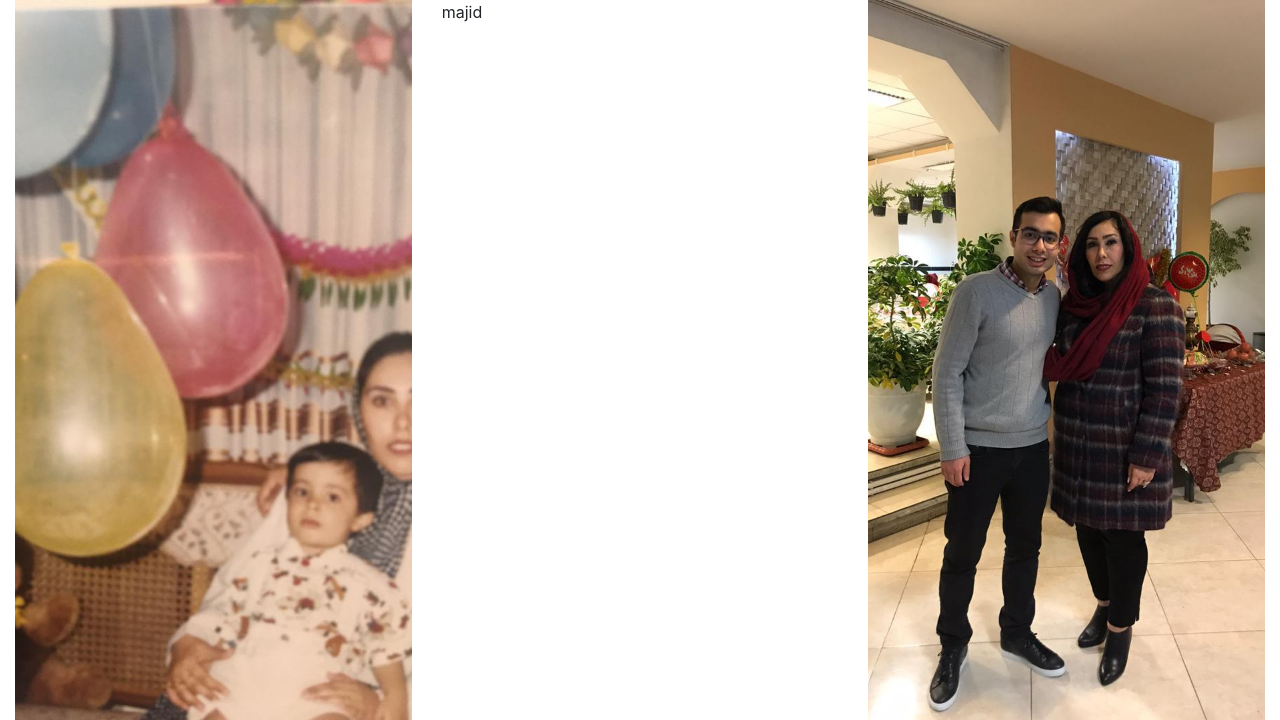
Repository: mirfarzam/mirfarzam.github.io
Page: khalelila/index.html
These files come from the project's save history. The page is drawn as it stood at one moment and after the next save; the edit follows.
The browser window is 1280 px wide. The pictures show the whole page.

Above is the page before, as saved 2020-04-30 21:14:46.

### khalelila/index.html
<html>
<head>
<title>تولد خاله لیلا</title>
<link href="https://stackpath.bootstrapcdn.com/bootstrap/4.4.1/css/bootstrap.min.css" rel="stylesheet" integrity="sha384-Vkoo8x4CGsO3+Hhxv8T/Q5PaXtkKtu6ug5TOeNV6gBiFeWPGFN9MuhOf23Q9Ifjh" crossorigin="anonymous">
<script
  src="https://code.jquery.com/jquery-3.5.0.min.js"
  integrity="sha256-xNzN2a4ltkB44Mc/Jz3pT4iU1cmeR0FkXs4pru/JxaQ="
  crossorigin="anonymous"></script>
<script src="https://stackpath.bootstrapcdn.com/bootstrap/4.4.1/js/bootstrap.min.js" integrity="sha384-wfSDF2E50Y2D1uUdj0O3uMBJnjuUD4Ih7YwaYd1iqfktj0Uod8GCExl3Og8ifwB6" crossorigin="anonymous"></script>
<script src="https://stackpath.bootstrapcdn.com/bootstrap/4.4.1/js/bootstrap.bundle.min.js" integrity="sha384-6khuMg9gaYr5AxOqhkVIODVIvm9ynTT5J4V1cfthmT+emCG6yVmEZsRHdxlotUnm" crossorigin="anonymous"></script>

<style>
body{
    margin:0px;
}
.maincontrainer{
    width:100vw;
    height:100vh;
    margin:0px;
}
.maincontrainer .row, .maincontrainer .row .col-sm-4{
    height: inherit;
    width: inherit;
}
.maincontrainer .row .col-sm-4 {
    position:relative;
    paddig:0px;
}
.maincontrainer .row .col-sm-4 img{
    width:100%;
    height:100%;
    position:relative;
    top:0;
    left:0;
    object-fit:cover;
}

</style>
</head>
<body>
<section class="container-fluid maincontrainer">
    <div class="row">
        <div class="col-sm-4"><img style=" object-position: -100px;" src="old.jpeg"></div>
        <div class="col-sm-4">majid</div>
        <div class="col-sm-4"><img src="new.jpeg"></div>
    </div>
</section>
</body>
</html>

After the next save:
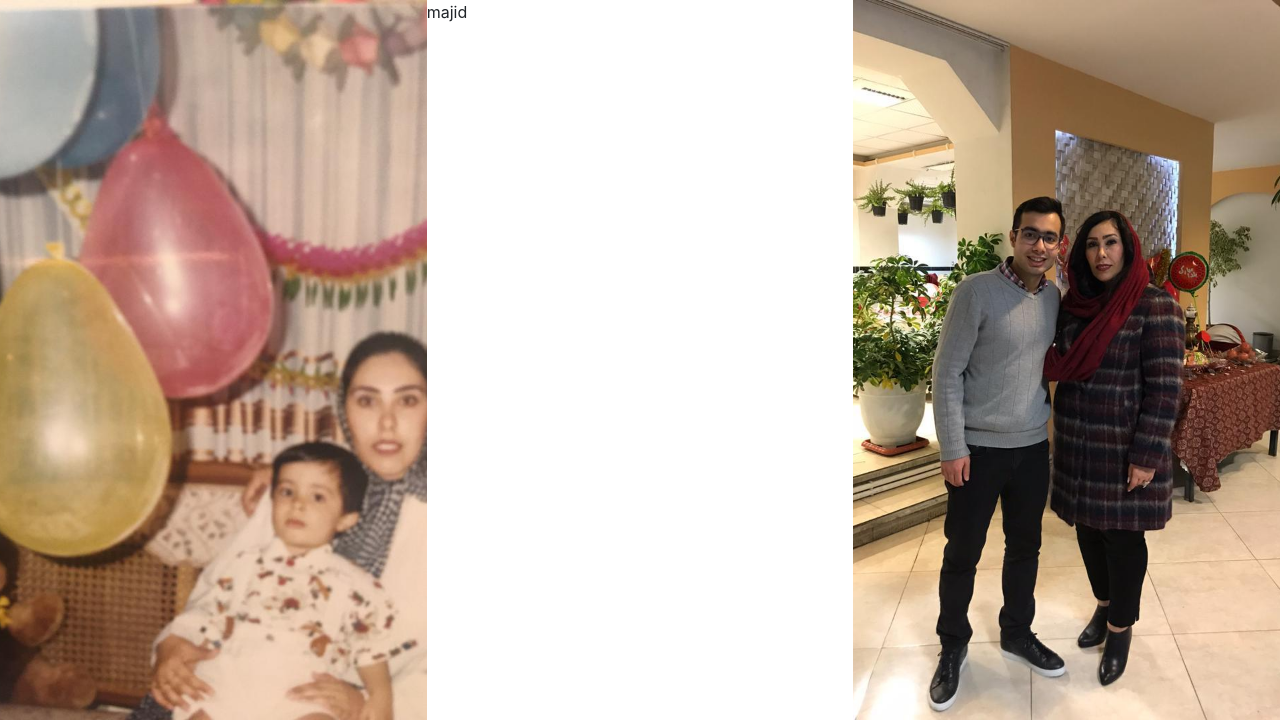
Saved 18 s later.
--- a/khalelila/index.html
+++ b/khalelila/index.html
@@ -24,7 +24,7 @@ body{
 }
 .maincontrainer .row .col-sm-4 {
     position:relative;
-    paddig:0px;
+    padding:0px;
 }
 .maincontrainer .row .col-sm-4 img{
     width:100%;
